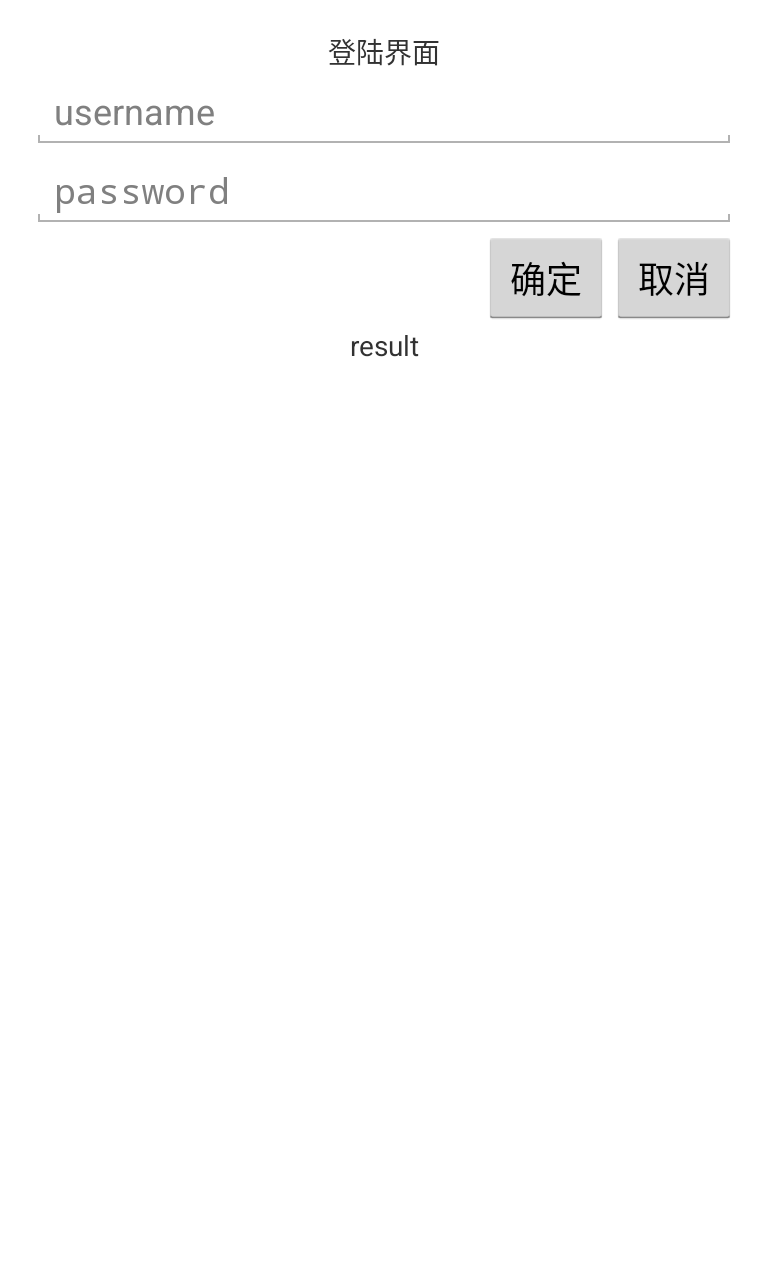
Repository: KungW/windows_learn_java_track
Layout: S01E15Relativelayout3/res/layout/activity_main.xml
An editor plug-in stored every save of this project. The layout is shown before and after the next save, followed by the edit.
It is drawn on a 768 x 1280 px phone screen (xhdpi) without system bars, with theme AppTheme; the app's code is not run.

Above is the layout before, as saved 2016-10-14 07:37:19.

After the next save:
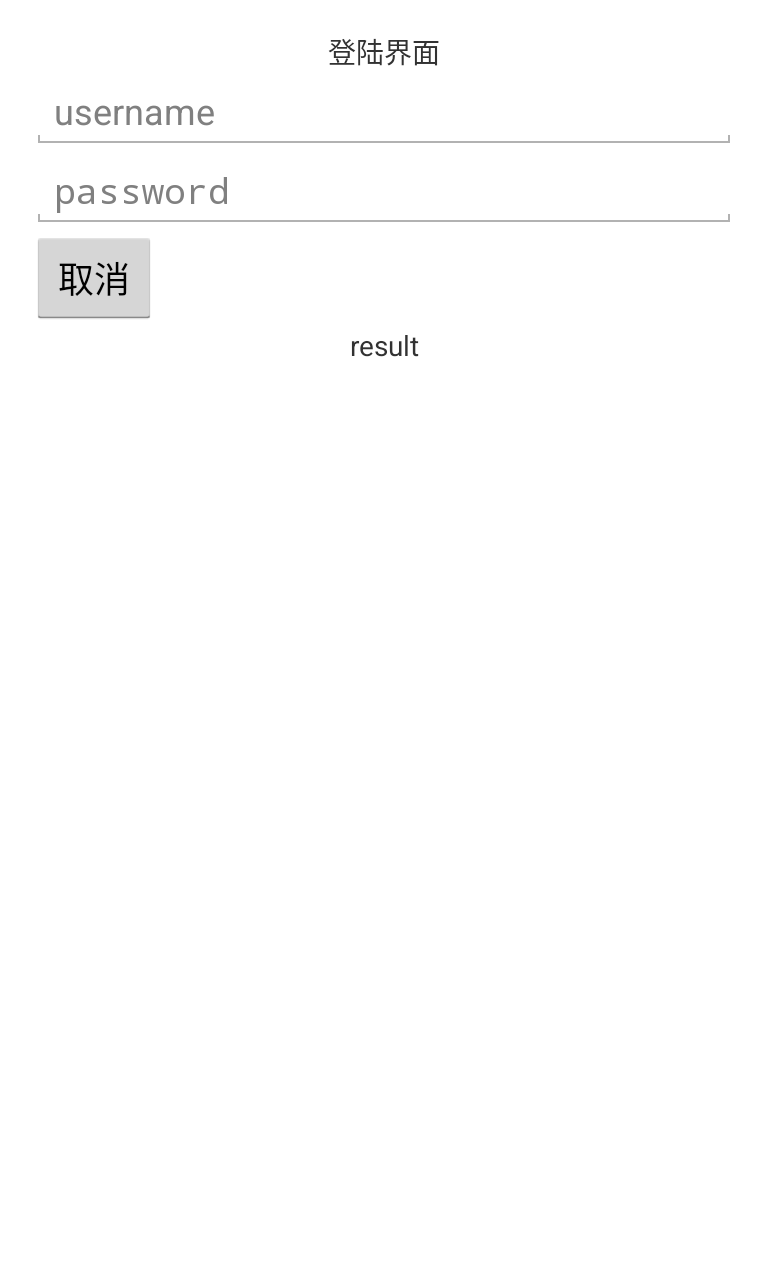
Saved 43 s later.
--- a/S01E15Relativelayout3/res/layout/activity_main.xml
+++ b/S01E15Relativelayout3/res/layout/activity_main.xml
@@ -35,7 +35,7 @@
         android:layout_width="wrap_content"
         android:layout_height="wrap_content"
         android:layout_below="@id/passwordText"
-        android:layout_alignParentRight="true"
+
         android:text="取消"
         />
     <Button
